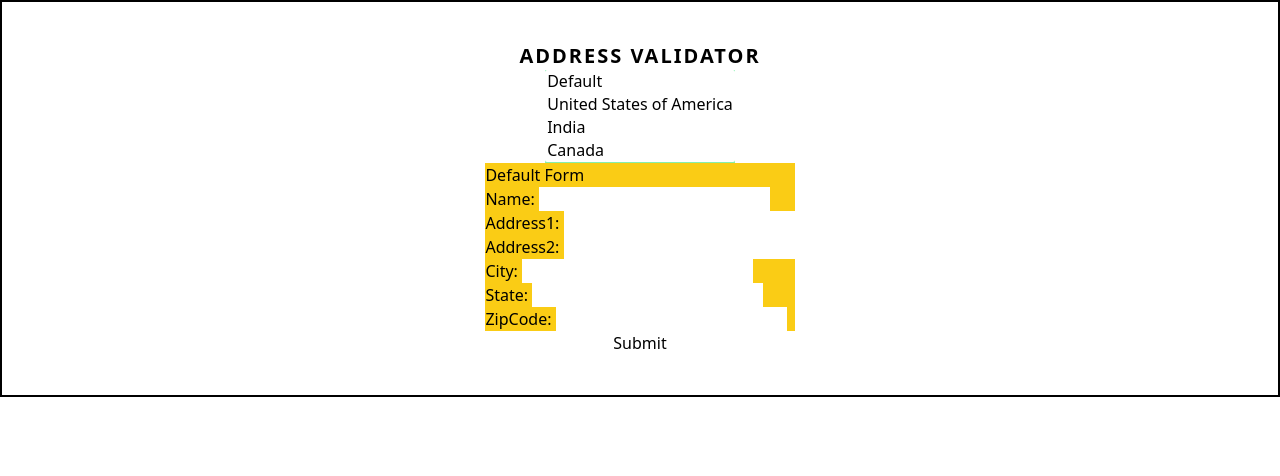
Repository: jay-singhvi/SWArchDesign_TeamProject
Page: / (app in frontend/address-validation/)
The author's editor kept a copy of each file at every save. The page is drawn from the files as they stood at one save, then again after a run of saves.
The browser window is 1280 px wide. The pictures show the whole page.
The project was rebuilt for these pictures with package versions that can differ from the ones it lists, and the page was loaded fresh each time. Also part of the build but not shown: frontend/address-validation/src/App.css.

Above is the page before, as saved 2023-03-07 13:44:03.

### frontend/address-validation/src/App.js

import './App.css';
import React, { useState, setState } from 'react';

// React component for creating and sending POST request
function App() {

  // variables to handle the Request and Response
  const [countryList, setCountryList] = useState("");
  const [formData, setFormData] = useState(null);
  const [responseData, setResponseData] = useState(null);

  // Set of Counries under consideration
  const countries = [
    { name: "Default"},
    { name: "United States of America"},
    { name: "India"},
    { name: "Canada"}
  ];

  // Function to render form based on Countries
  function renderForm() {
    if (countryList.length === 1) {
      console.log(countryList)
        if(countryList.includes("United States of America"))
          return <USAForm setFormData={setFormData} />;
        else if(countryList.includes("India"))
          return <IndiaForm setFormData={setFormData} />;
        else if(countryList.includes("Canada"))
          return <CanadaForm setFormData={setFormData} />;
        else
          return <DefaultForm setFormData={setFormData} />;
    }
    // Renders form for multiple selected countries
    else {
      return <DefaultForm setFormData={setFormData} />
    }
  }

  // Handles selected country and set ths
  function handleSelectedCountry(event) {
    const selectedOptions = Array.from(event.target.selectedOptions);
    const selectedValues = selectedOptions.map(option => option.value);
    setCountryList(selectedValues);
  }

  // Finds address based on the form data
  async function findAddress(event) {
    event.preventDefault();

    // If only one country is selected
    if(countryList.length === 1) {

      //If selected country id default then send country field empty in JSON request
      if(countryList[0] === 'Default')
      {
        countryList[0] = ''
      }
      const updatedFormData = {...formData, "Country": countryList[0]};

      // If form data has Name attribute then search based on name and country
      if(formData !== null && formData.Name !== null){
        try {
          const response = await fetch("http://localhost:5000/api/searchCountriesByClient", {
            method: "POST",
            headers: {
              "Content-Type": "application/json",
            },
            body: JSON.stringify(updatedFormData),
          });

          const data = await response.json();
          setResponseData(data);
        } catch (error) {
          console.error(error);
          setResponseData({ error: "An error occurred" });
        }
      }

      //If name is not mentioned then populate all addresses for that country based on JSON request
      else {
        try {
          const response = await fetch("http://localhost:5000/api/searchCountry", {
            method: "POST",
            headers: {
              "Content-Type": "application/json",
            },
            body: JSON.stringify(updatedFormData),
          });

          const data = await response.json();
          setResponseData(data);
        } catch (error) {
          console.error(error);
          setResponseData({ error: "An error occurred" });
        }
      }
    }
    //If more one country is selected then send the list of countries with JSON request
    else if(countryList.length > 1){
      const updatedFormData = {...formData, "Country": countryList};

      try {
        const response = await fetch("http://localhost:5000//api/searchCountries", {
          method: "POST",
          headers: {
            "Content-Type": "application/json",
          },
          body: JSON.stringify(updatedFormData),
        });

        const data = await response.json();
        setResponseData(data);
      } catch (error) {
        console.error(error);
        setResponseData({ error: "An error occurred" });
      }
    }
    // If only name is mentioned then look for that name in all countries
    else if(formData !== null && formData.Name !== null){
      try {
        const response = await fetch("http://localhost:5000/api/searchCountriesByClient", {
          method: "POST",
          headers: {
            "Content-Type": "application/json",
          },
          body: JSON.stringify(formData),
        });

        const data = await response.json();
        setResponseData(data);
      } catch (error) {
        console.error(error);
        setResponseData({ error: "An error occurred" });
      }
    }
    setFormData({});
  }

  // Give all the options of countries to user for selection
  return (
    <div className=' items-center justify-between min-h-screen  '>
    <div className='  py-10 flex flex-col items-center border-2 border-black'>
      <h1 className=' uppercase tracking-widest font-bold text-xl'>Address Validator</h1>
      <div className=' bg-green-300'>
        <select multiple value={countryList} onChange={handleSelectedCountry}>
          {countries.map((country) => (
            <option key={country.name} value={country.name}>
              {country.name}
            </option>
          ))}
        </select>
      </div>

      {renderForm()}

      <button type="submit" onClick={findAddress}>
          Submit
        </button>

      {responseData && (
        <div>
          <h2>Post Result:</h2>
          <pre>{JSON.stringify(responseData, null, 2)}</pre>
        </div>
      )}
      </div>
    </div>

  );
}

// React component to render USA specific form
function USAForm({setFormData}) {
  const [formValues, setFormValues] = useState({});
  function updateForm(event) {
    setFormValues({
      ...formValues,
      [event.target.name]: event.target.value,
    });
    setFormData({
      ...formValues,
      [event.target.name]: event.target.value,
    });
  }

  return (
    <div>
      <form>
        <h2>United States Form</h2>
        Name: <input type="text" name="Name" onChange={updateForm} />
        <br/>
        Address1: <input type="text" name="Address1" onChange={updateForm} />
        <br/>
        Address2: <input type="text" name="Address2" onChange={updateForm} />
        <br/>
        City: <input type="text" name="City" onChange={updateForm} />
        <br/>
        State: <input type="text" name="State" onChange={updateForm} />
        <br/>
        ZipCode: <input type="text" name="Zipcode" onChange={updateForm} />
        <br/>
      </form>
    </div>
  );
}

// React component to render Canada specific form
function CanadaForm({setFormData}) {
  const [formValues, setFormValues] = useState({});
  function updateForm(event) {
    setFormValues({
      ...formValues,
      [event.target.name]: event.target.value,
    });
    setFormData({
      ...formValues,
      [event.target.name]: event.target.value,
    });
  }

  return (
    <div>
      <form>
        <h2>Canada Form</h2>
        Name: <input type="text" name="Name" onChange={updateForm} />
        <br/>
        Address1: <input type="text" name="Address1" onChange={updateForm} />
        <br/>
        Address2: <input type="text" name="Address2" onChange={updateForm} />
        <br/>
        City: <input type="text" name="City" onChange={updateForm} />
        <br/>
        Province: <input type="text" name="State" onChange={updateForm} />
        <br/>
        Postalcode: <input type="text" name="ZipCode" onChange={updateForm} />
      </form>
    </div>
  );
}

// React component to render India specific form
function IndiaForm({setFormData}) {
  const [formValues, setFormValues] = useState({});
  function updateForm(event) {
    setFormValues({
      ...formValues,
      [event.target.name]: event.target.value,
    });
    setFormData({
      ...formValues,
      [event.target.name]: event.target.value,
    });
  }

  return (
    <div>
      <form>
        <h2>India Form</h2>
        Name: <input type="text" name="Name" onChange={updateForm} />
        <br/>
        Street Address: <input type="text" name="Address1" onChange={updateForm} />
        <br/>
        Address2: <input type="text" name="Address2" onChange={updateForm} />
        <br/>
        City: <input type="text" name="City" onChange={updateForm} />
        <br/>
        State: <input type="text" name="State" onChange={updateForm} />
        <br/>
        Pincode: <input type="text" name="ZipCode" onChange={updateForm} />
        <br/>
      </form>
    </div>
  );
}

// React component to render default form
function DefaultForm({setFormData}) {

  const [formValues, setFormValues] = useState({});
  function updateForm(event) {
    setFormValues({
      ...formValues,
      [event.target.name]: event.target.value,
    });
    setFormData({
      ...formValues,
      [event.target.name]: event.target.value,
    });
  }

  return (
    <div className='  bg-yellow-400'>
      <h2>Default Form</h2>
        Name: <input type="text" name="Name" onChange={updateForm} />
        <br/>
        Address1: <input type="text" name="Address1" onChange={updateForm} />
        <br/>
        Address2: <input type="text" name="Address2" onChange={updateForm} />
        <br/>
        City: <input type="text" name="City" onChange={updateForm} />
        <br/>
        State: <input type="text" name="State" onChange={updateForm} />
        <br/>
        ZipCode: <input type="text" name="Zipcode" onChange={updateForm} />
        <br/>
    </div>
  );
}

export default App;

Loaded but not shown: frontend/address-validation/public/index.html (common file); frontend/address-validation/src/index.js (common file); frontend/address-validation/src/index.css (common file); frontend/address-validation/src/reportWebVitals.js (common file); frontend/address-validation/tailwind.config.js (common file)

After the next 2 saves:
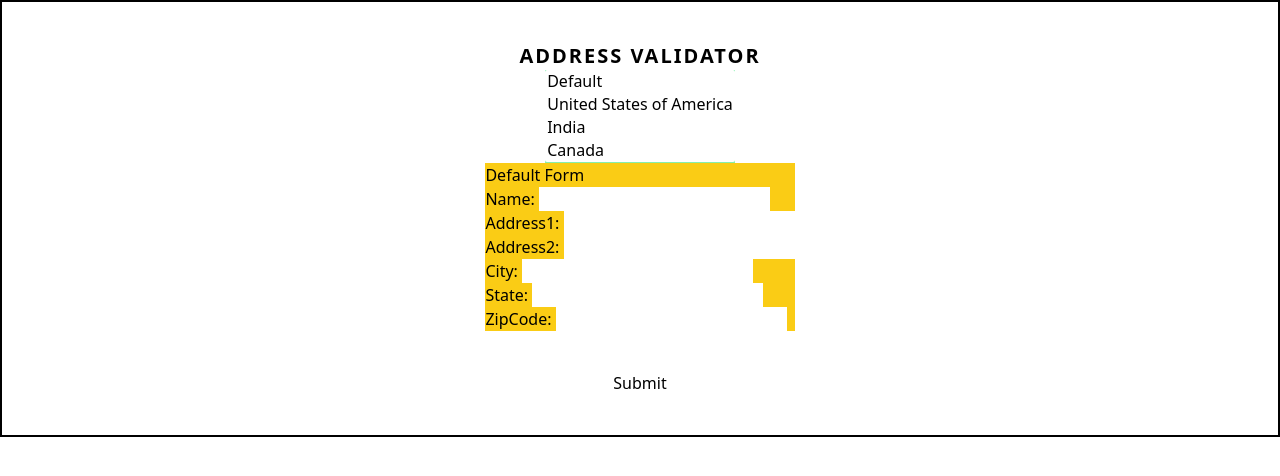
The 2 saves are shown as one change because they came seconds apart.
The last was saved 60 s later.
--- a/frontend/address-validation/src/App.js
+++ b/frontend/address-validation/src/App.js
@@ -154,7 +154,7 @@ function App() {
 
       {renderForm()}
 
-      <button type="submit" onClick={findAddress}>
+      <button type="submit" onClick={findAddress} className=" mt-10">
           Submit
         </button>
 
